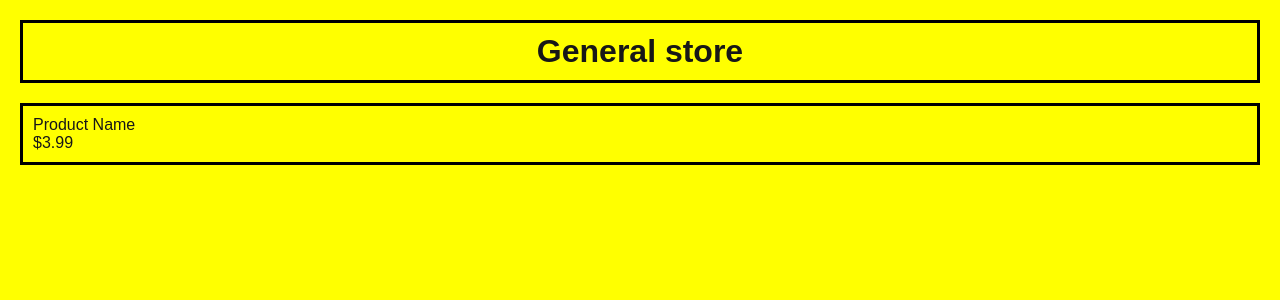
Repository: rosielee09/practiceproject
Page: / (app in my-app/)
An editor plug-in stored every save of this project. The page is shown before and after the next save, followed by the edit.
The browser window is 1280 px wide. The pictures show the whole page.
The project was rebuilt for these pictures with package versions that can differ from the ones it lists, and the page was loaded fresh each time. The framework's server and built-in components were replaced by stand-ins that run in the browser. Also part of the build but not shown: my-app/next.config.mjs.

Above is the page before, as saved 2025-04-03 15:24:49.

After the next save:
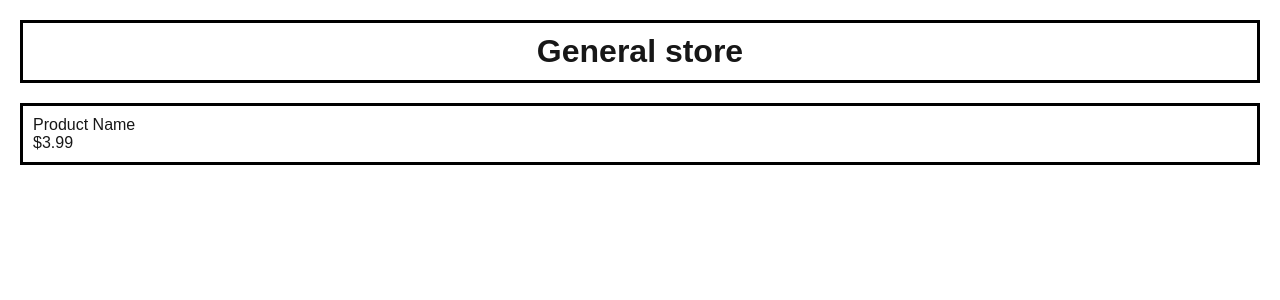
Saved 100 s later.
--- a/my-app/app/globals.css
+++ b/my-app/app/globals.css
@@ -1,5 +1,5 @@
 :root {
-  --background: yellow;
+  --background: #pink;
   --foreground: #171717;
 }
 
